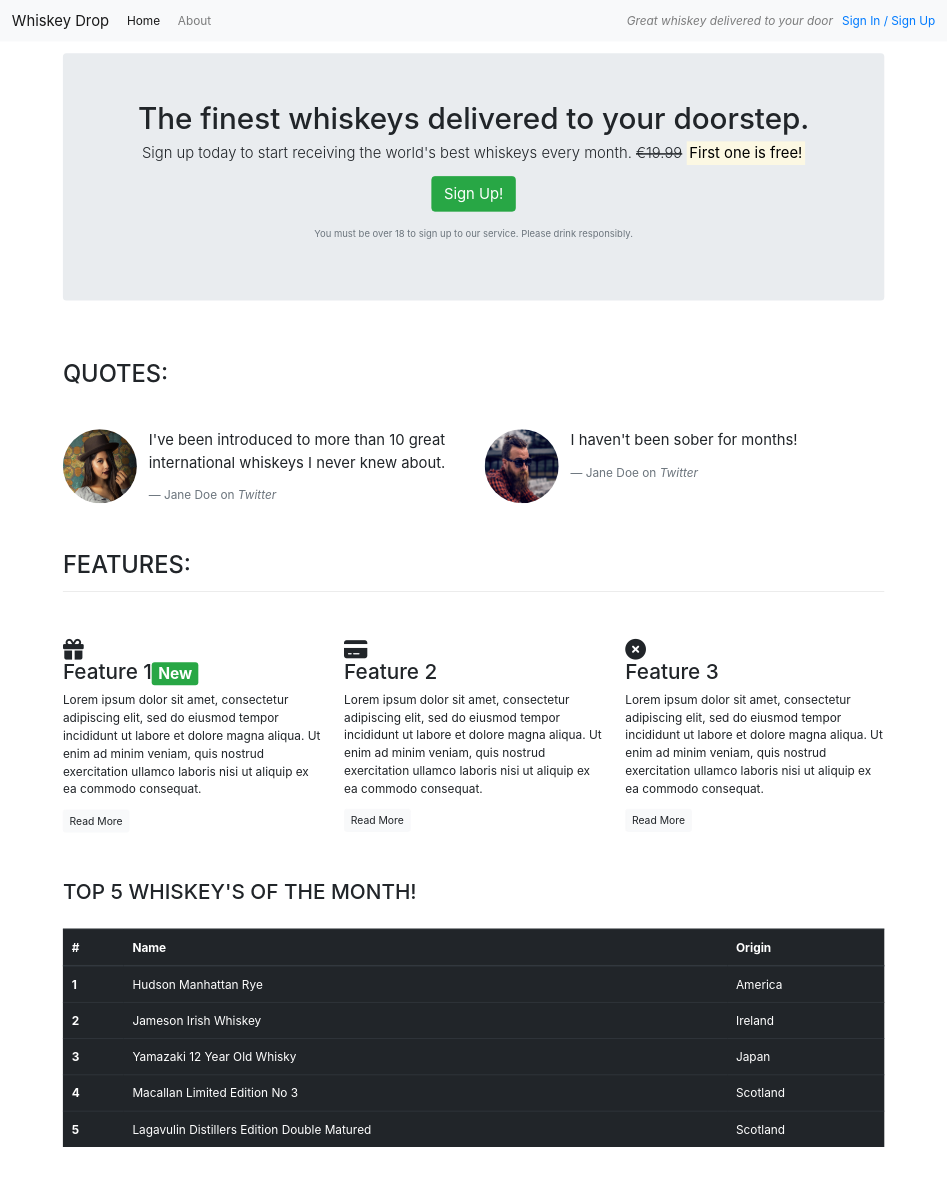
Repository: ClaireRoberts1403/Whiskey-Drop
Page: index.html
The author's editor kept a record of every edit. The page is drawn from the files as they stood at one moment, then again after the next edit.
The browser window is 1280 px wide. The pictures show the whole page, at 74% of full size.
Some web libraries are served in a nearby version.

Above is the page before.

After the next edit:
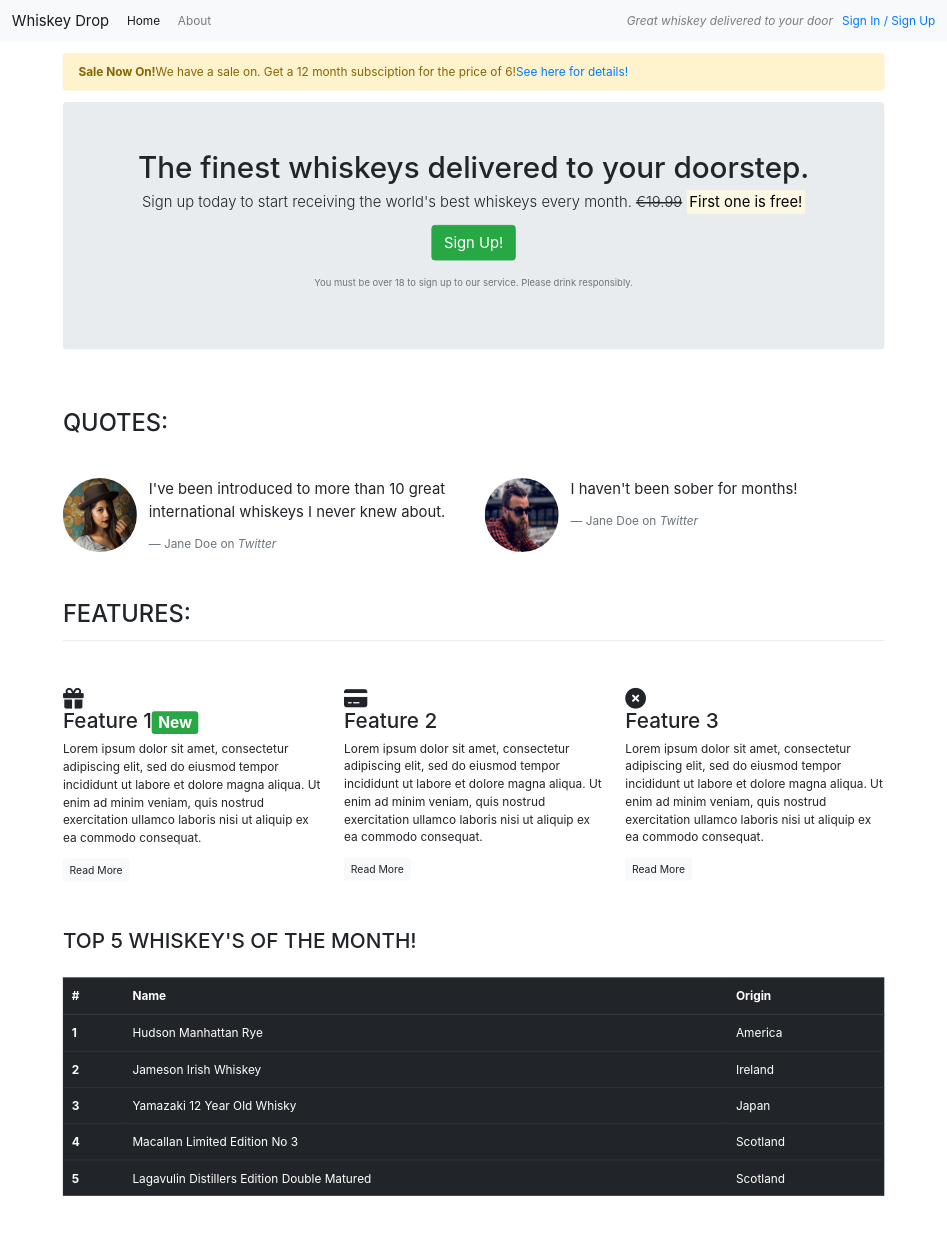
The edit:
--- a/index.html
+++ b/index.html
@@ -27,6 +27,13 @@
         <!--</div>-->
     </nav>
     <article class="container mt-3">
+       <div class="row">
+           <div class="col-12">
+               <div class="alert alert-warning">
+                   <strong>Sale Now On!</strong>We have a sale on. Get a 12 month subsciption for the price of 6!<a href="">See here for details!</a>
+               </div>
+           </div>
+       </div>
         <!-- Callout -->
         <div class="row">
             <div class="col-12">
